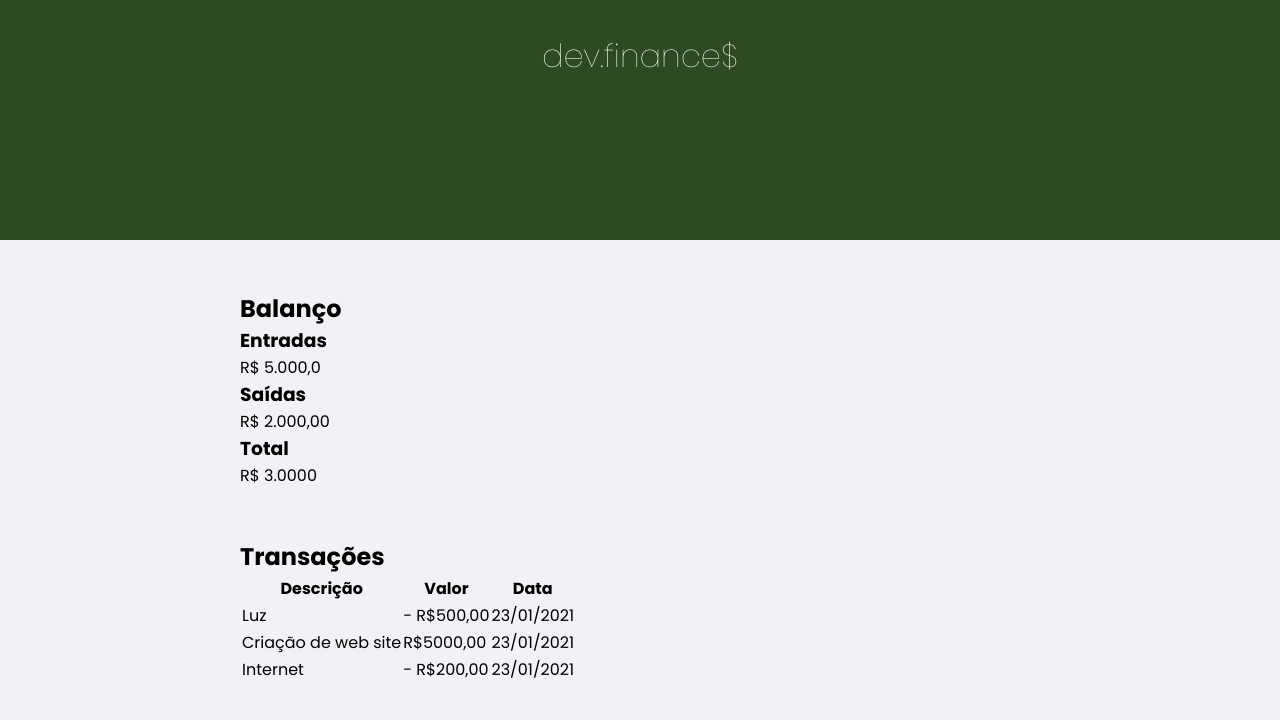
Repository: rafaelmgr12/maratona-dev01
Page: index.html
An editor plug-in stored every save of this project. The page is shown before and after the next save, followed by the edit.
The browser window is 1280 px wide. The pictures show the whole page.

Above is the page before, as saved 2021-04-26 20:27:21.

After the next save:
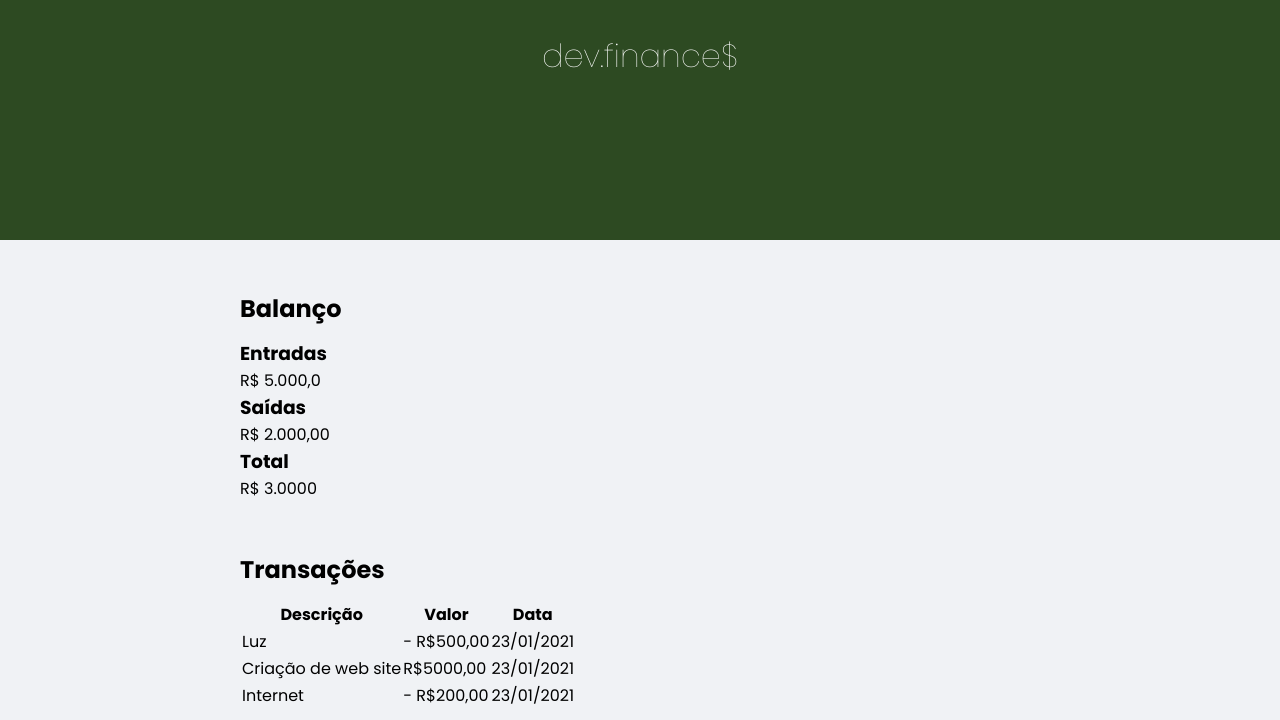
Saved 25 s later.
--- a/style.css
+++ b/style.css
@@ -18,6 +18,7 @@ body {
 /* Titles ======================================== */
 h2{
     margin-top: 3.2rem;
+    margin-bottom: 0.8rem;
 }
 
 /* Header ======================================== */
